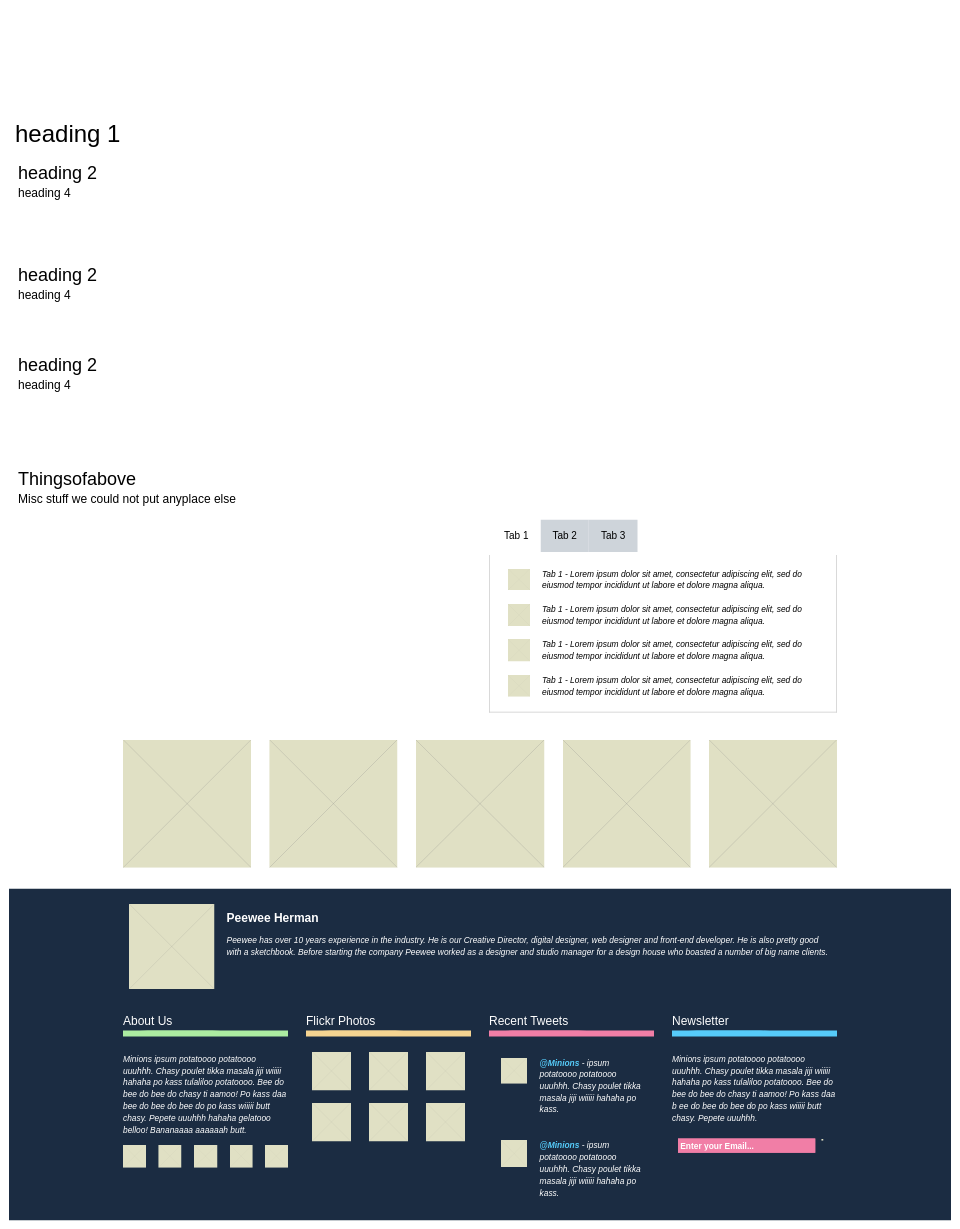
Repository: MonicaNguyenH/LAB-02A-Project1
Page: index.html
The author's editor kept a copy of each file at every save. The page is drawn from the files as they stood at one save, then again after the next save.
The browser window is 1280 px wide. The pictures show the whole page, at 75% of full size.

Above is the page before, as saved 2024-02-08 17:12:14.

After the next save:
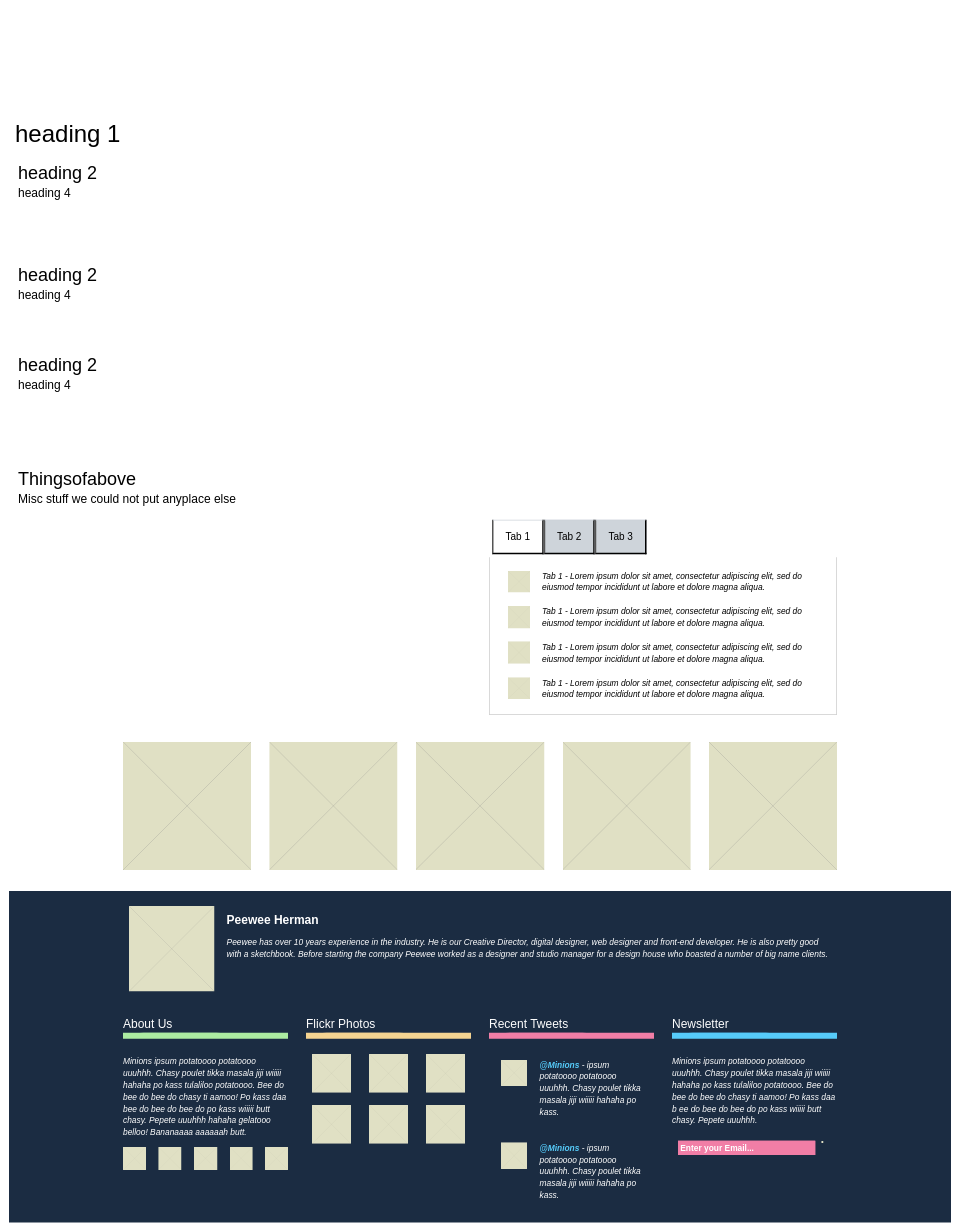
Saved 40 s later.
--- a/css/style.css
+++ b/css/style.css
@@ -95,7 +95,7 @@
 .tab button {
     background-color: var(--grey);
     float: left;
-    border: none;
+    border-top: 1px solid var(--grey);
     outline: none;
     cursor: pointer;
     padding: 14px 16px;
